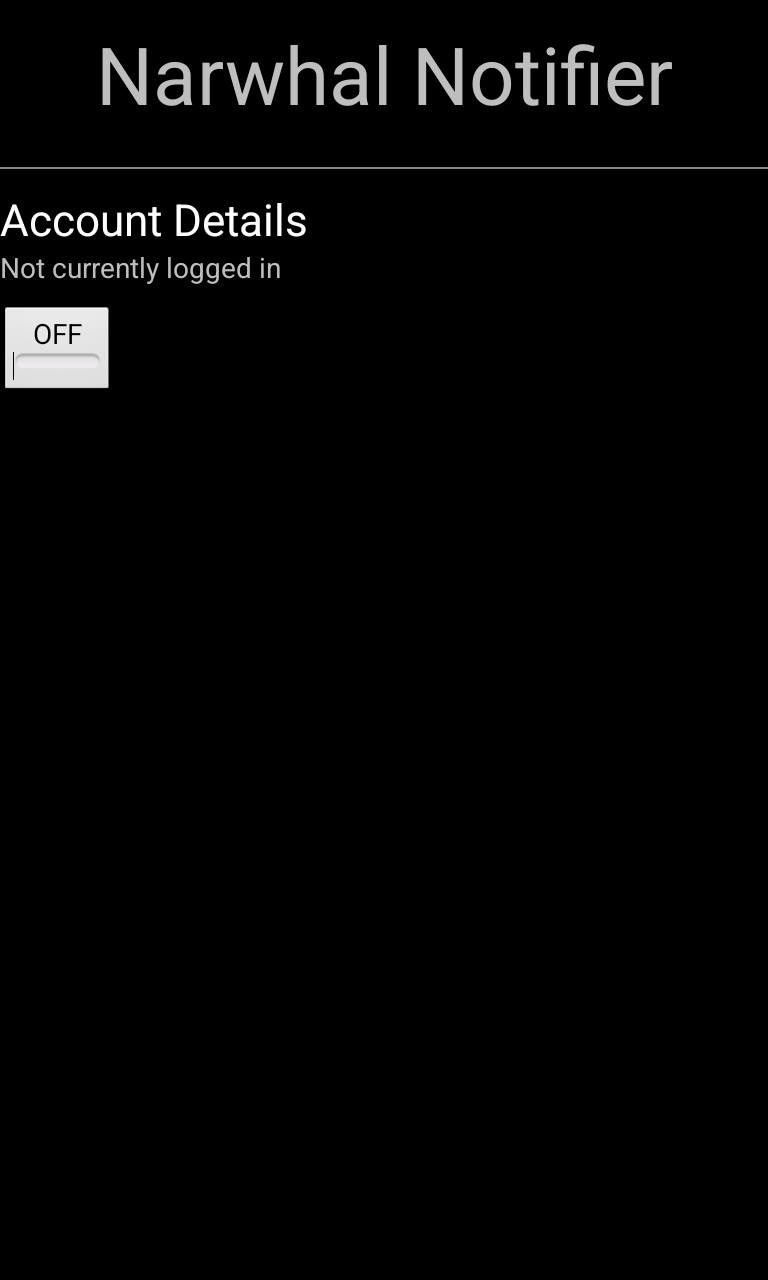
Repository: shawnbuso/NarwhalNotifier
Layout: Narwhal Notifier/res/layout/main.xml
An editor plug-in stored every save of this project. The layout is shown before and after the next save, followed by the edit.
It is drawn on a 768 x 1280 px phone screen (xhdpi) without system bars, with theme android:Theme; the app's code is not run.

Above is the layout before, as saved 2012-01-11 18:34:47.

After the next save:
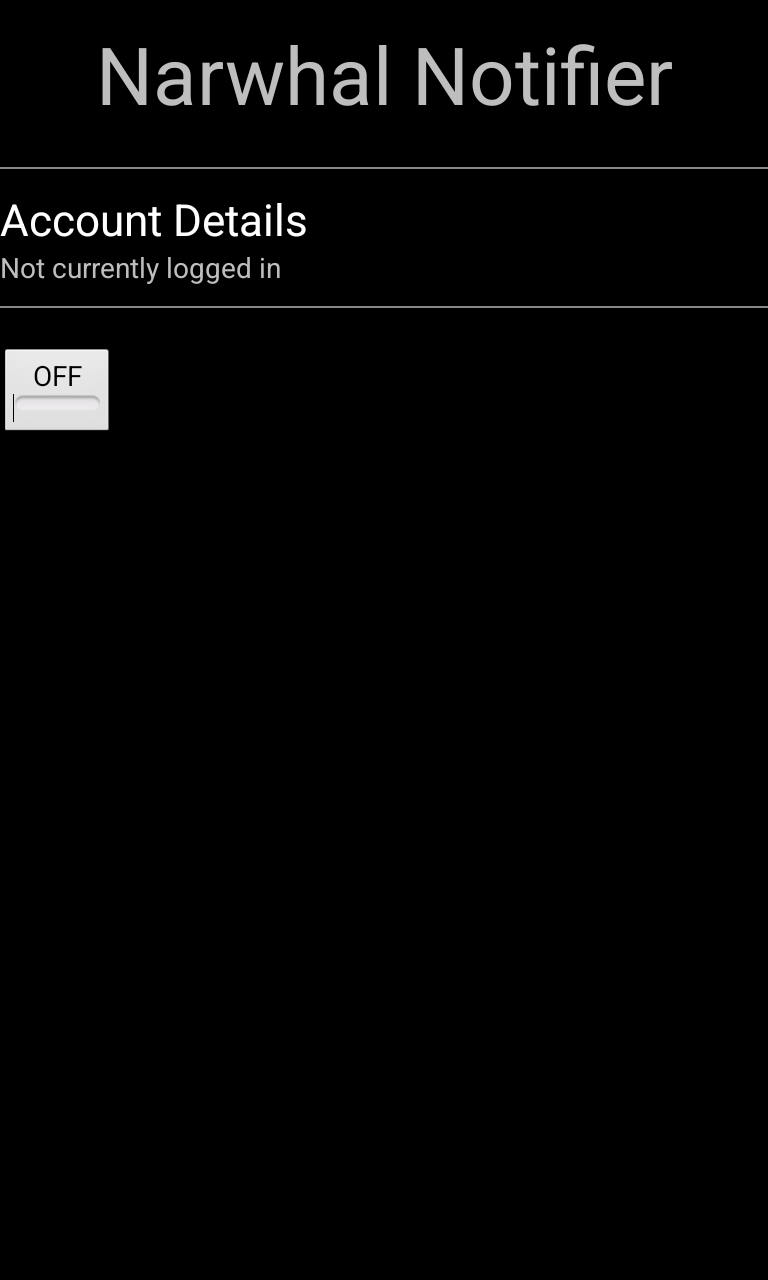
Saved 18 s later.
--- a/Narwhal Notifier/res/layout/main.xml
+++ b/Narwhal Notifier/res/layout/main.xml
@@ -28,6 +28,16 @@
 		android:layout_marginTop="10dp"
 		android:layout_marginBottom="10dp"/>
 
+    <View
+        android:id="@id/separator"
+        android:layout_width="fill_parent"
+        android:layout_height="1dip"
+        android:layout_alignParentTop="true"
+        android:layout_centerVertical="true"
+        android:background="#888888"
+		android:layout_marginTop="10dp"
+		android:layout_marginBottom="10dp"/>
+
     <ToggleButton
         android:id="@+id/toggleButton1"
         android:layout_width="wrap_content"
